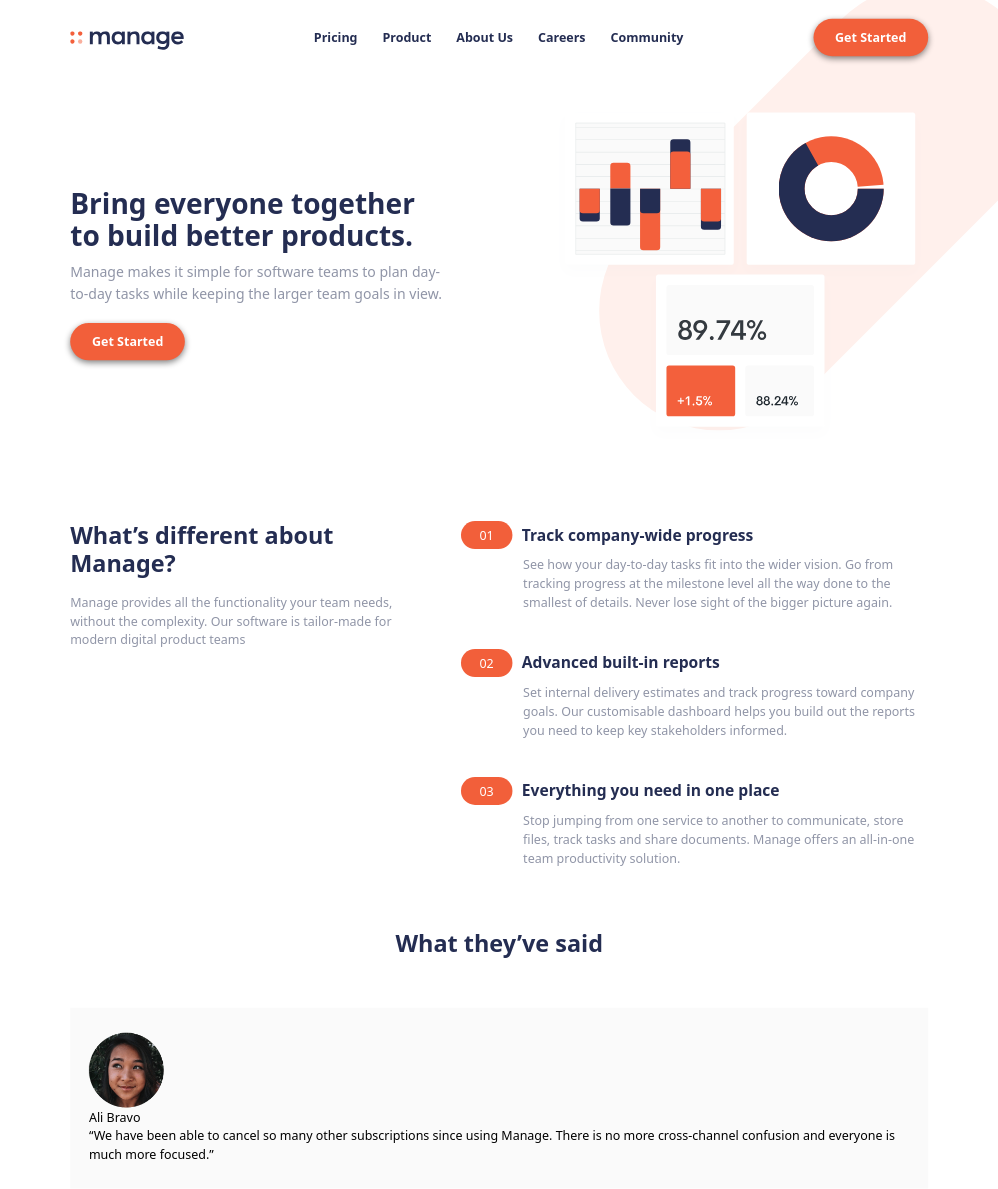
Repository: aqib-01/manage-landing-page
Page: /
These files come from the project's save history. The page is drawn as it stood at one moment and after the next save; the edit follows.
The browser window is 1280 px wide. The pictures show the whole page, at 78% of full size.
The project was rebuilt for these pictures with package versions that can differ from the ones it lists, and the page was loaded fresh each time.

Above is the page before, as saved 2022-05-12 21:21:59.

After the next save:
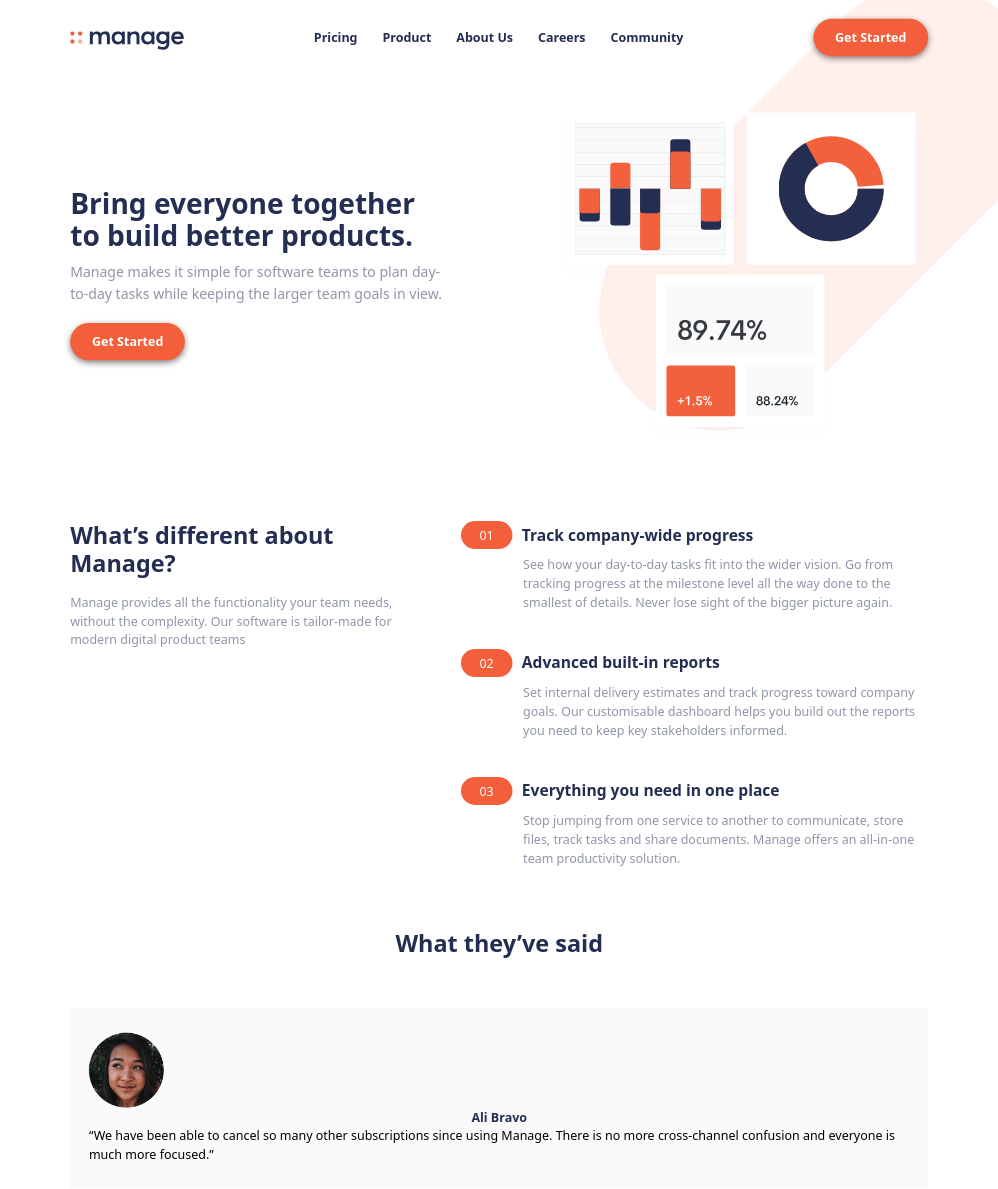
Saved 5 s later.
--- a/src/components/Testimonials.js
+++ b/src/components/Testimonials.js
@@ -11,7 +11,9 @@
           <div className="bg-very-light-gray px-6 py-8">
             <img className="w-24" src="images/avatar-ali.png" alt="" />
             <div>
-              <h5 className="text-">Ali Bravo</h5>
+              <h5 className="text-dark-blue font-semibold text-center">
+                Ali Bravo
+              </h5>
               <p>
                 “We have been able to cancel so many other subscriptions since
                 using Manage. There is no more cross-channel confusion and
